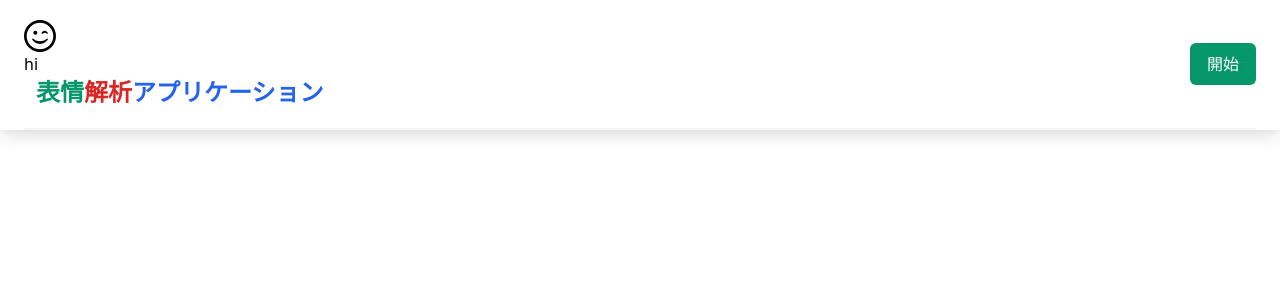
Repository: yun-mh/face-recognition-app
Page: front/index.html
The author's editor kept a record of every edit. The page is drawn from the files as they stood at one moment, then again after the next edit.
The browser window is 1280 px wide. The pictures show the whole page.
Some web libraries are served in a nearby version.

Above is the page before.

After the next edit:
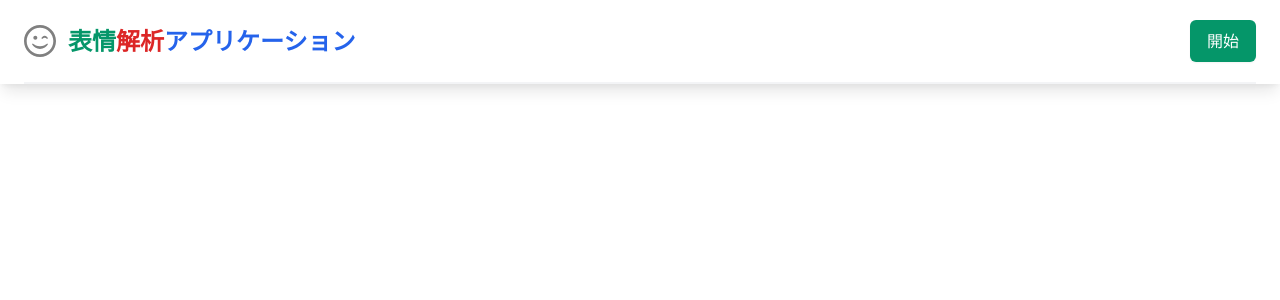
The edit:
--- a/front/index.html
+++ b/front/index.html
@@ -17,10 +17,8 @@
     <div class="fixed w-full bg-white shadow-lg">
       <div class="max-w-7xl mx-auto px-4 sm:px-6">
         <div class="flex justify-between items-center border-b-2 border-gray-100 py-5 md:justify-start md:space-x-10">
-          <div class="lg:w-0 lg:flex-1 h-auto justify-between items-center">
-              <svg class="block" xmlns="http://www.w3.org/2000/svg" width="32" height="32" viewBox="0 0 24 24"><path d="M12 2c5.514 0 10 4.486 10 10s-4.486 10-10 10-10-4.486-10-10 4.486-10 10-10zm0-2c-6.627 0-12 5.373-12 12s5.373 12 12 12 12-5.373 12-12-5.373-12-12-12zm5.508 13.941c-1.513 1.195-3.174 1.931-5.507 1.931-2.335 0-3.996-.736-5.509-1.931l-.492.493c1.127 1.72 3.2 3.566 6.001 3.566 2.8 0 4.872-1.846 5.999-3.566l-.492-.493zm-9.008-5.941c-.828 0-1.5.671-1.5 1.5s.672 1.5 1.5 1.5 1.5-.671 1.5-1.5-.672-1.5-1.5-1.5zm9.5 2.002l-.755.506s-.503-.948-1.746-.948c-1.207 0-1.745.948-1.745.948l-.754-.506c.281-.748 1.205-2.002 2.499-2.002 1.295 0 2.218 1.254 2.501 2.002z"/></svg>
-            <div>hi</div>
-            <!--<i class="fas fa-smile-wink text-gray-500 text-2xl mr-3"></i>-->
+          <div class="flex h-auto items-center">
+            <svg class="block" style="fill: gray;" xmlns="http://www.w3.org/2000/svg" width="32" height="32" viewBox="0 0 24 24"><path d="M12 2c5.514 0 10 4.486 10 10s-4.486 10-10 10-10-4.486-10-10 4.486-10 10-10zm0-2c-6.627 0-12 5.373-12 12s5.373 12 12 12 12-5.373 12-12-5.373-12-12-12zm5.508 13.941c-1.513 1.195-3.174 1.931-5.507 1.931-2.335 0-3.996-.736-5.509-1.931l-.492.493c1.127 1.72 3.2 3.566 6.001 3.566 2.8 0 4.872-1.846 5.999-3.566l-.492-.493zm-9.008-5.941c-.828 0-1.5.671-1.5 1.5s.672 1.5 1.5 1.5 1.5-.671 1.5-1.5-.672-1.5-1.5-1.5zm9.5 2.002l-.755.506s-.503-.948-1.746-.948c-1.207 0-1.745.948-1.745.948l-.754-.506c.281-.748 1.205-2.002 2.499-2.002 1.295 0 2.218 1.254 2.501 2.002z"/></svg>
             <span class="ml-3 font-bold text-2xl"><span class="text-green-600">表情</span><span class="text-red-600">解析</span><span class="text-blue-600">アプリケーション</span></span>
           </div>
           <div class="hidden md:flex items-center justify-end space-x-8 md:flex-1 lg:w-0">
